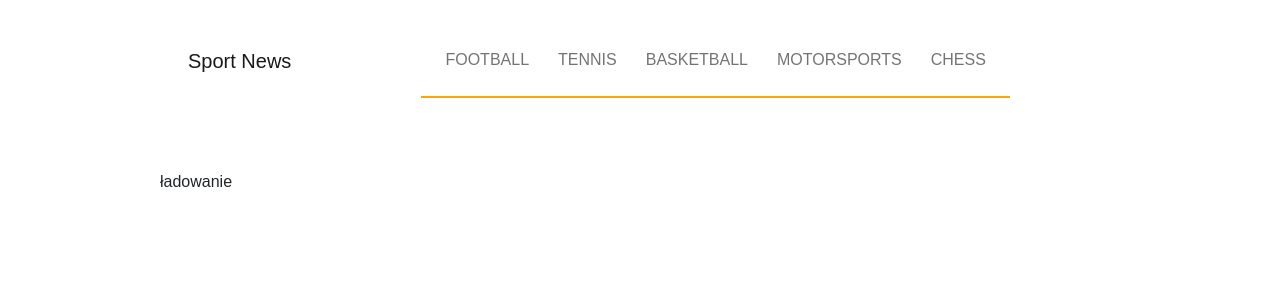
Repository: michalgornicki/sportnews
Page: /
The author's editor kept a copy of each file at every save. The page is drawn from the files as they stood at one save, then again after the next save.
The browser window is 1280 px wide. The pictures show the whole page.
The page's requests for data from a server got no answer. The project was rebuilt for these pictures with package versions that can differ from the ones it lists, and the page was loaded fresh each time. No one was signed in, and anything a server would have sent is missing. Also part of the build but not shown: src/components/posts/Post.jsx.

Above is the page before, as saved 2022-03-02 08:39:40.

### src/App.jsx
import React, { useState, useEffect } from "react";
import { Route, HashRouter as Router, Routes } from "react-router-dom";
import "./App.scss";
import "bootstrap/dist/css/bootstrap.min.css";
import Navbar from "react-bootstrap/Navbar";
import Nav from "react-bootstrap/Nav";
import Container from "react-bootstrap/Container";
import Home from "./components/Home.jsx";
import Post from "./components//posts/Post.jsx";
import { Link } from "react-router-dom";


function App() {



    const [Posts, setPosts] = useState();
    const [Photos, setPhotos] = useState();
    const [Comments, setComments] = useState();

    useEffect(() => {
      fetch("https://jsonplaceholder.typicode.com/posts")
        .then((response) => response.json())
        .then((json) => setPosts(json));

      fetch("https://jsonplaceholder.typicode.com/photos")
        .then((response) => response.json())
        .then((json) => setPhotos(json));

        fetch("https://jsonplaceholder.typicode.com/comments")
        .then((response) => response.json())
        .then((json) => setComments(json));
    }, []);

  return (
    <Router>
      <>
        <Navbar className="navbar py-4" bg="white" expand="lg">
          <Container className="w-75 m-auto">
            <Link className="link" to="/">
            <Navbar.Brand className="px-3">
              Sport News
            </Navbar.Brand>
            </Link>
            <Navbar.Toggle aria-controls="basic-navbar-nav" />
            <Navbar.Collapse id="basic-navbar-nav">
              <Nav className="nav m-auto p-3 w-75 justify-content-between">
                <Nav.Link href="#link">FOOTBALL</Nav.Link>
                <Nav.Link href="#link">TENNIS</Nav.Link>
                <Nav.Link href="#link">BASKETBALL</Nav.Link>
                <Nav.Link href="#link">MOTORSPORTS</Nav.Link>
                <Nav.Link href="#link">CHESS</Nav.Link>
              </Nav>
            </Navbar.Collapse>
          </Container>
        </Navbar>

        <Routes>
          <Route path="/" element={<Home Posts={Posts} Photos={Photos} Comments={Comments} />} />
          <Route path="/posts/:id" element={<Post Posts={Posts} Photos={Photos} Comments={Comments} />} />
        </Routes>

      </>
    </Router>
  );
}

export default App;

### src/App.scss
$mainColor: black;
$secondaryColor: rgb(255, 255, 255);
$hoverColor: rgb(255, 161, 74);
$myFont: Arial, Helvetica, sans-serif;

body{
  font-family: $myFont!important;
}

.post:nth-child(7n-6) {
  width: 65%;
}

.post:nth-child(7n-5) {
  width: 32%;
}

.post:nth-child(7n-4) {
  width: 48%;
}

.post:nth-child(7n-3) {
  width: 48%;
}

.post {
  color: $mainColor;
  font-family: "Gill Sans", "Gill Sans MT", Calibri, "Trebuchet MS", sans-serif;
  width: 30%;
  cursor: pointer;
  margin-top: 1rem;
}

.post--hover:hover {
  color: $hoverColor;
}

.post__title {
  font-weight: 900;
  font-size: 1.5rem;
  text-transform: uppercase;
}

.post:nth-child(7n-6) .post__title {
  font-size: 3rem;
}

.post:nth-child(7n-6) .post__image, .post:nth-child(7n-5) .post__image, .post:nth-child(7n-4) .post__image, .post:nth-child(7n-3) .post__image {
  height: 450px;
}

.post__image {
  width: 100%;
  height: 250px;
}

.post__body {
  font-size: 2rem;
  margin-top: 4rem;
  margin-bottom: 4rem;
}

.post__body--uppercase::first-letter{
  text-transform: capitalize;
}

.link{
  color: initial;
  text-decoration: initial;
}

.link:hover{
  color: $hoverColor;
}

.comment{
  width: 50%;
  margin-top: 1rem;
  margin-bottom: 1rem;
  margin-left: 2rem;
}

.comment__name{
  color: rgb(0, 89, 172);
  font-weight: 600;
}

.comment__name:first-letter{
  text-transform: capitalize;
}

.comment__body{
  font-weight: 100;
}

.comment__body:first-letter{
  text-transform: capitalize;
}

.comment__button{
  color: rgb(0, 89, 172);
  cursor: pointer;
}

.input{
  width: 50%;

}

.input__field{
  height: 6rem;
}

.input__button{

}

.nav{
  border-bottom: 2px solid orange;
}

$breakpoint-tablet: 1000px;
@media (max-device-width: $breakpoint-tablet), (max-width: $breakpoint-tablet) {
  .post, .post:nth-child(7n-6), .post:nth-child(7n-5) {
    width: 100%;
  }

  .post:nth-child(7n-6) .post__image, .post:nth-child(7n-5) .post__image, .post__image {
    height: 450px;
  }

}

### src/components/Home.jsx
import React, { useState, useEffect } from "react";
import { Link } from "react-router-dom";
import { useLocation } from "react-router-dom";


function Home(props) {

  const { pathname } = useLocation();

  useEffect(() => {
    window.scrollTo(0, 0);
  }, [pathname]);


  return (
    <>
      <div className="w-75 d-flex flex-wrap justify-content-between m-auto pt-5">
        {props.Posts && props.Photos ? (
          props.Posts.map((item, id) => (
            <div className="post post--hover">
            <Link className="link" to={"/posts/" + item.id}>

              <img className="post__image" src={props.Photos[id].url} alt="" />
              <div className="post__title">{item.title}</div>
            </Link>

            </div>
          ))
        ) : (
          <div className="post__loading">ładowanie</div>
        )}
      </div>
    </>
  );
}

export default Home;

Loaded but not shown: public/index.html (common file); src/index.js (common file); src/index.css (common file); src/reportWebVitals.js (common file)

After the next save:
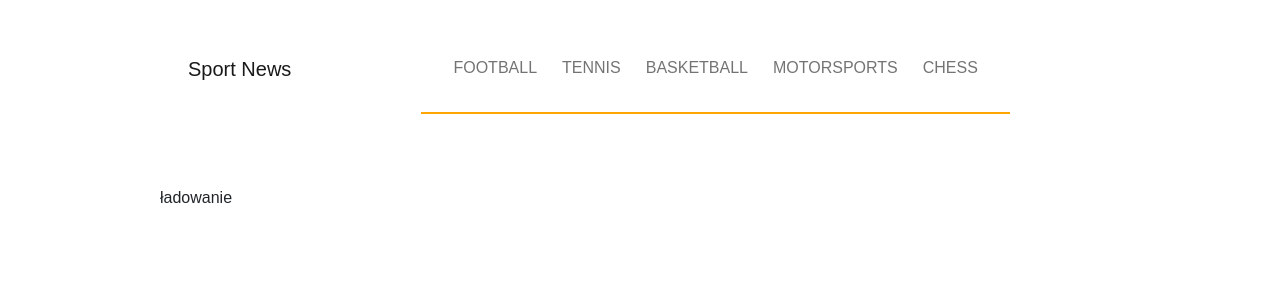
Saved 10 s later.
--- a/src/App.jsx
+++ b/src/App.jsx
@@ -44,7 +44,7 @@
             </Link>
             <Navbar.Toggle aria-controls="basic-navbar-nav" />
             <Navbar.Collapse id="basic-navbar-nav">
-              <Nav className="nav m-auto p-3 w-75 justify-content-between">
+              <Nav className="nav m-auto p-4 w-75 justify-content-between">
                 <Nav.Link href="#link">FOOTBALL</Nav.Link>
                 <Nav.Link href="#link">TENNIS</Nav.Link>
                 <Nav.Link href="#link">BASKETBALL</Nav.Link>

After the save that followed:
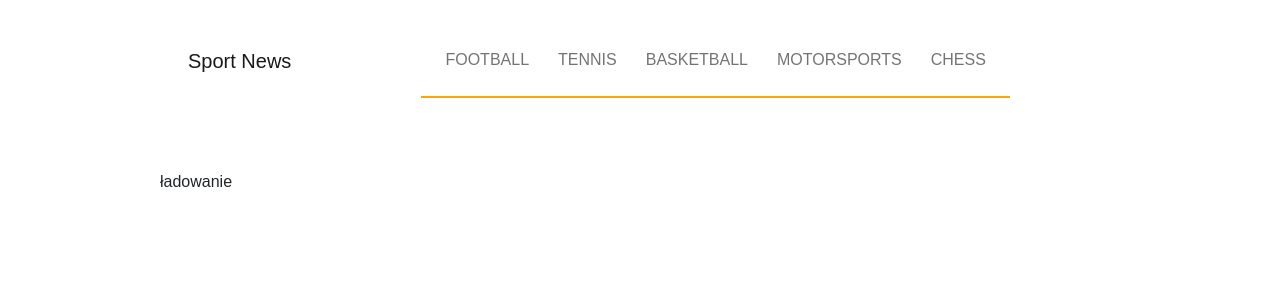
Saved 11 s later.
--- a/src/App.jsx
+++ b/src/App.jsx
@@ -44,7 +44,7 @@
             </Link>
             <Navbar.Toggle aria-controls="basic-navbar-nav" />
             <Navbar.Collapse id="basic-navbar-nav">
-              <Nav className="nav m-auto p-4 w-75 justify-content-between">
+              <Nav className="nav m-auto p-3 w-75 justify-content-between">
                 <Nav.Link href="#link">FOOTBALL</Nav.Link>
                 <Nav.Link href="#link">TENNIS</Nav.Link>
                 <Nav.Link href="#link">BASKETBALL</Nav.Link>
